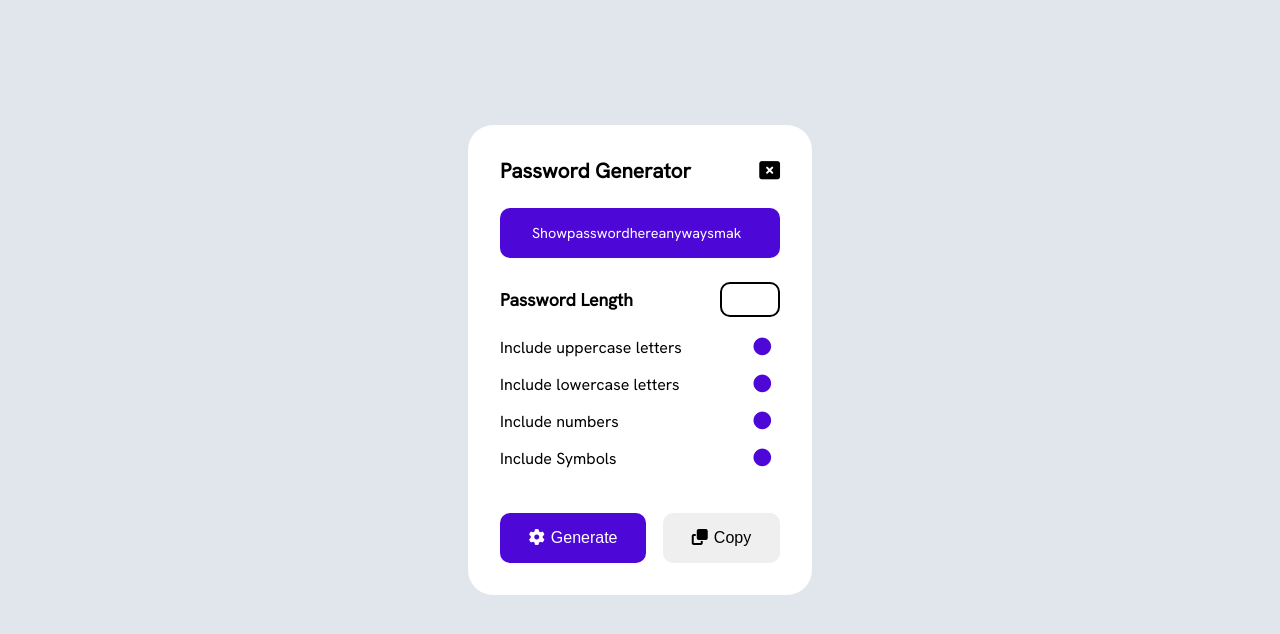
Repository: emiliaiwu/password_generator
Page: index.html
These files come from the project's save history. The page is drawn as it stood at one moment and after a run of saves; the edit follows.
The browser window is 1280 px wide. The pictures show the whole page.
Some web libraries are served in a nearby version.

Above is the page before, as saved 2022-12-14 05:18:35.

After the next 2 saves:
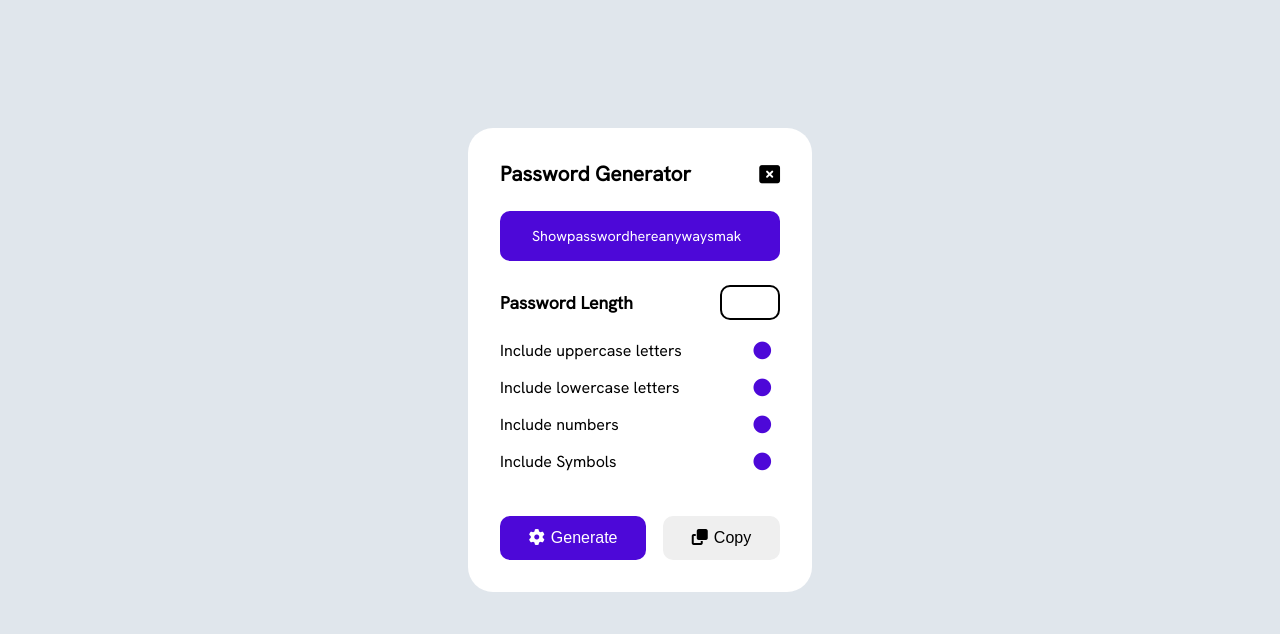
The 2 saves are shown as one change because they came seconds apart.
The last was saved 22 s later.
--- a/style.css
+++ b/style.css
@@ -139,7 +139,7 @@
 
 .btn {
     margin-top: 1rem;
-    padding: 1rem 1.8rem;
+    padding: .8rem 1.8rem;
     font-size: 1rem;
     border: none;
     border-radius: 10px;

After the save that followed:
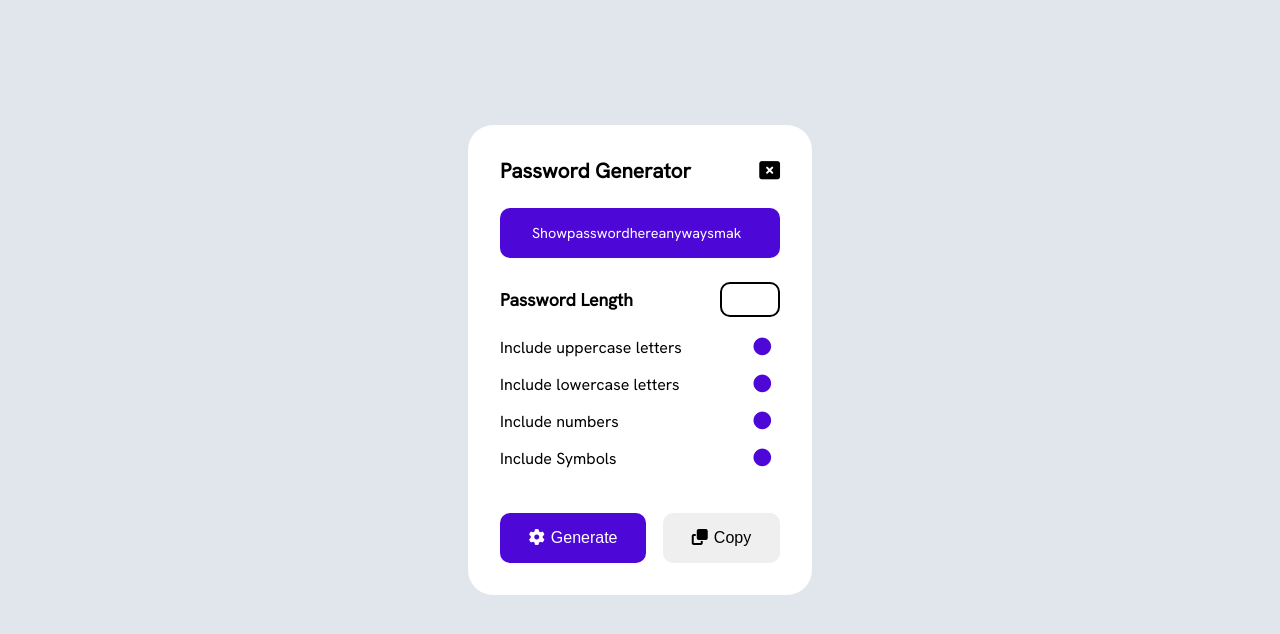
Saved 5 s later.
--- a/style.css
+++ b/style.css
@@ -139,7 +139,7 @@
 
 .btn {
     margin-top: 1rem;
-    padding: .8rem 1.8rem;
+    padding: 1rem 1.8rem;
     font-size: 1rem;
     border: none;
     border-radius: 10px;
